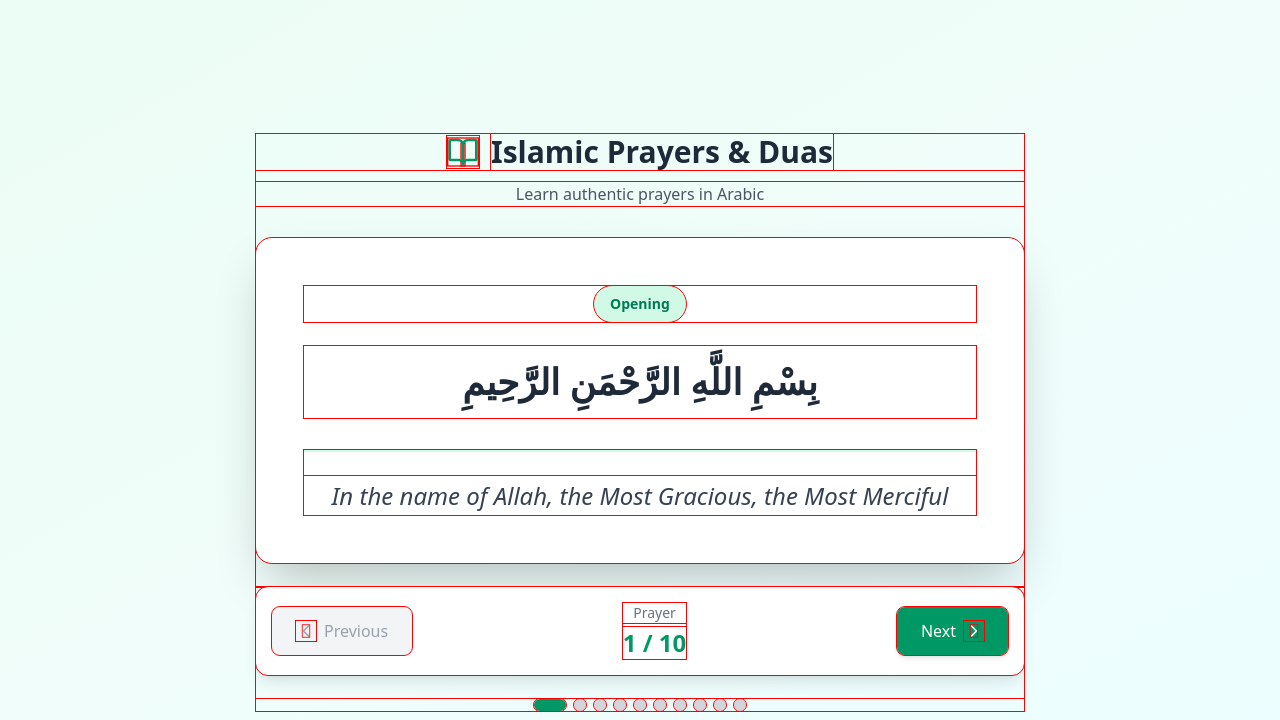
Repository: AbdulquddusMuhammad/prayerApp2.0
Page: /
These files come from the project's save history. The page is drawn as it stood at one moment and after the next save; the edit follows.
The browser window is 1280 px wide. The pictures show the whole page.
The project was rebuilt for these pictures with package versions that can differ from the ones it lists, and the page was loaded fresh each time. Also part of the build but not shown: vite.config.js.

Above is the page before, as saved 2026-01-18 09:02:13.

After the next save:
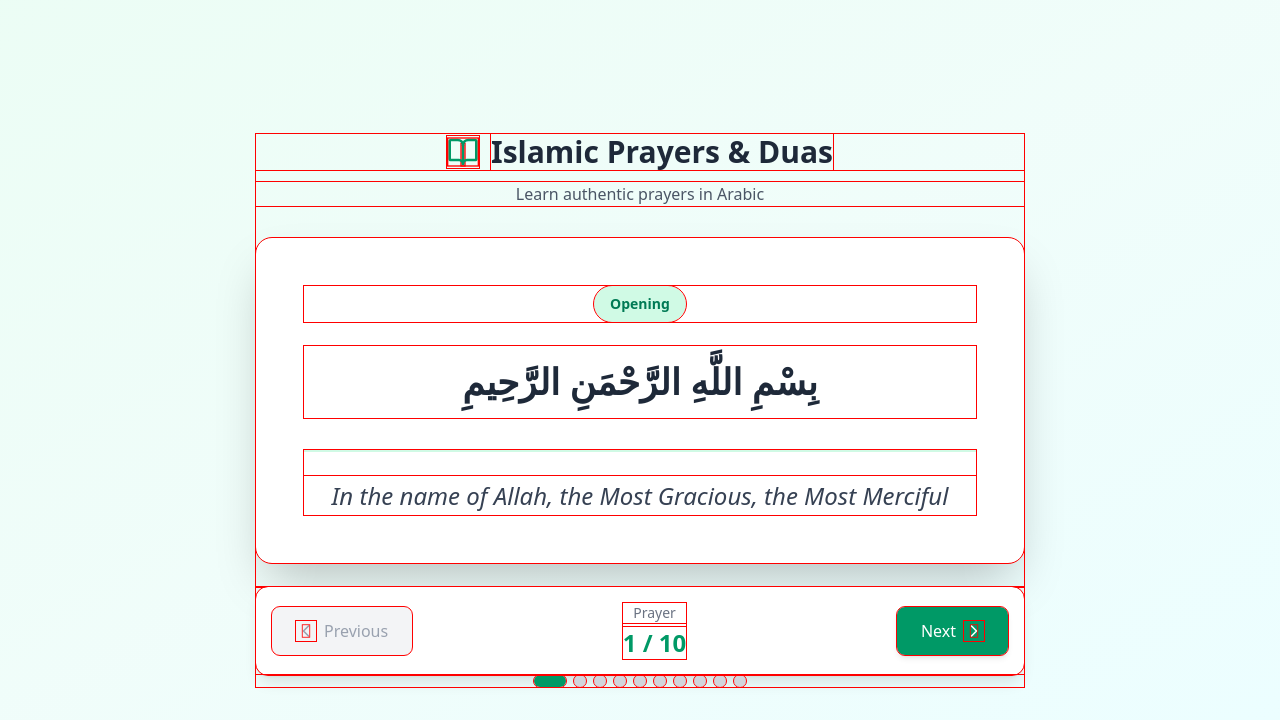
Saved 82 s later.
--- a/src/App.jsx
+++ b/src/App.jsx
@@ -131,7 +131,7 @@
           </div>
 
           {/* Progress Dots */}
-          <div className="flex justify-center gap-2 mt-6">
+          <div className="flex justify-center gap-2 mt-0">
             {prayersData.prayers.map((_, index) => (
               <button key={index} onClick={() => setCurrentIndex(index)} className={`w-3 h-3 rounded-full transition-all ${index === currentIndex ? "bg-emerald-600 w-8" : "bg-gray-300 hover:bg-gray-400"}`} />
             ))}

After the save that followed:
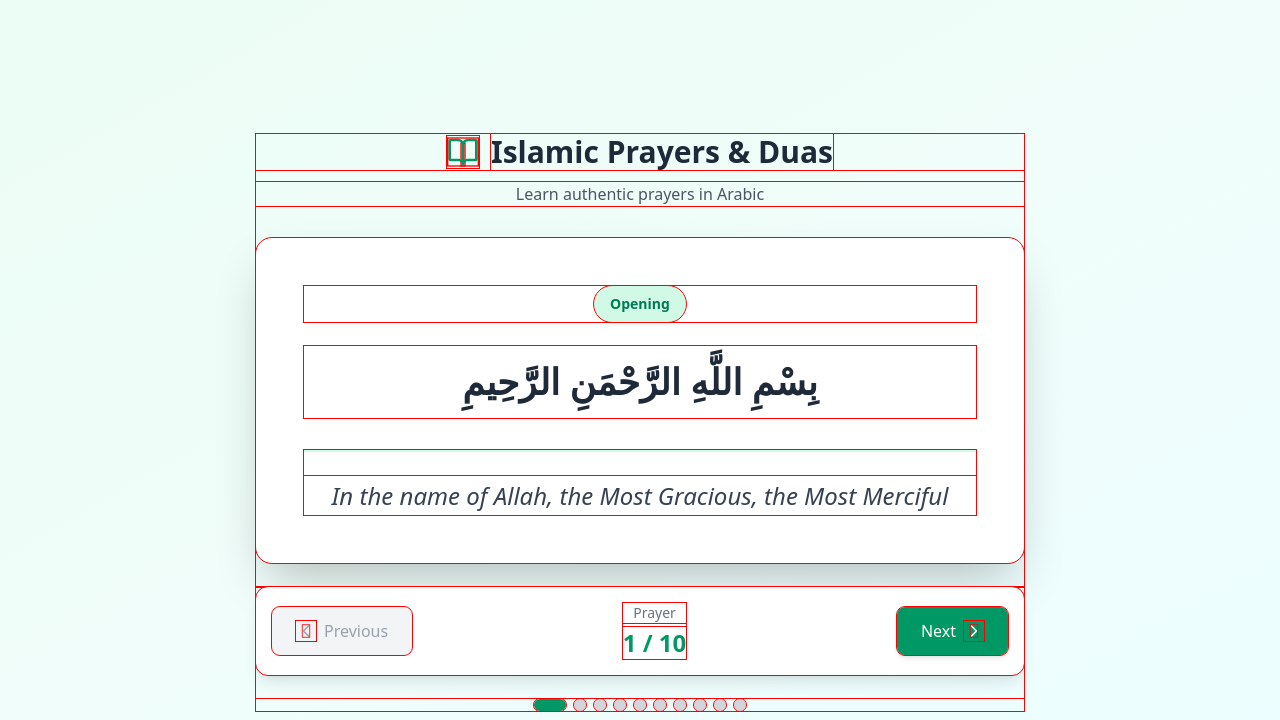
Saved 11 s later.
--- a/src/App.jsx
+++ b/src/App.jsx
@@ -131,7 +131,7 @@
           </div>
 
           {/* Progress Dots */}
-          <div className="flex justify-center gap-2 mt-0">
+          <div className="flex justify-center gap-2 mt-6">
             {prayersData.prayers.map((_, index) => (
               <button key={index} onClick={() => setCurrentIndex(index)} className={`w-3 h-3 rounded-full transition-all ${index === currentIndex ? "bg-emerald-600 w-8" : "bg-gray-300 hover:bg-gray-400"}`} />
             ))}
